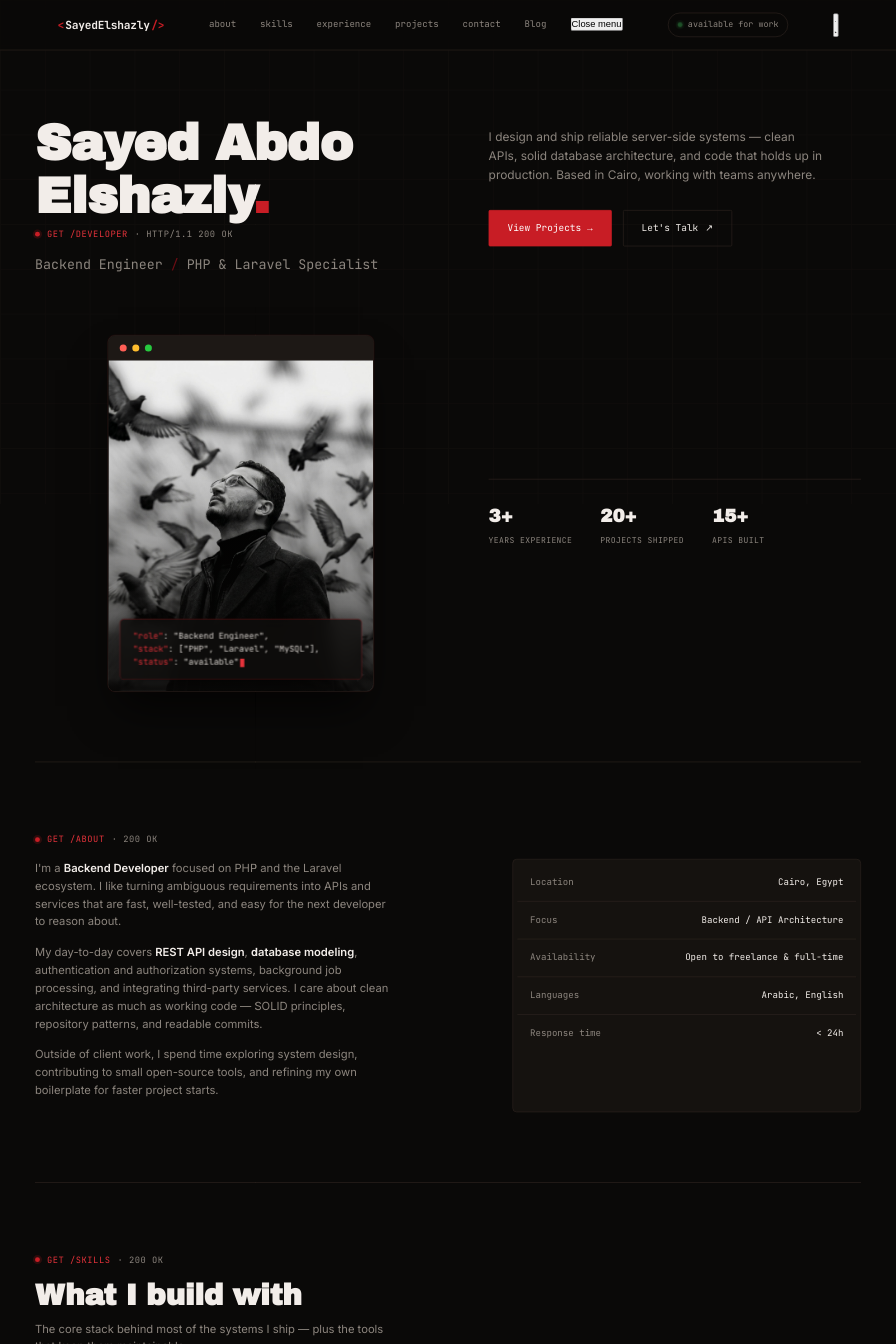
Repository: sayedelshazly/Portfolio.SE
Page: index.html
The author's editor kept a copy of each file at every save. The page is drawn from the files as they stood at one save, then again after a run of saves.
The browser window is 1280 px wide. The pictures show the part of the page from y = 0 to 1920 px (the page is 5736 px tall), at 70% of full size.

Above is the page before, as saved 2026-10-09 23:16:46.

After the next 2 saves:
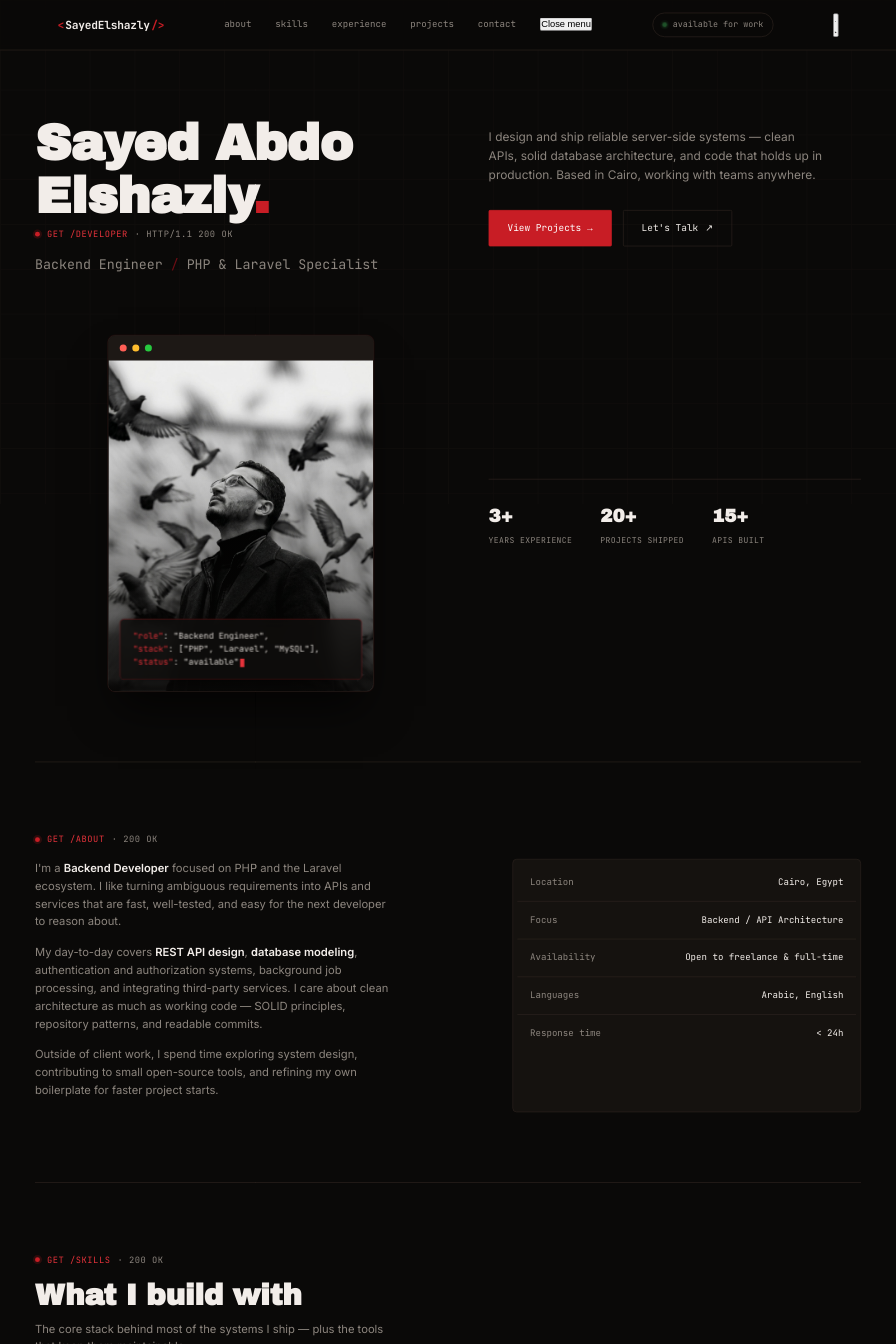
The 2 saves are shown as one change because they came seconds apart.
The last was saved 12 s later.
--- a/index.html
+++ b/index.html
@@ -55,7 +55,7 @@
         <li><a href="#experience">experience</a></li>
         <li><a href="#projects">projects</a></li>
         <li><a href="#contact">contact</a></li>
-        <li><a href="./blog.html">Blog</a></li>
+        <!-- <li><a href="./blog.html" target="_self">Blog</a></li> -->
         <li class="nav-close-item"><button class="nav-close" type="button">Close menu</button></li>
       </ul>
       <div class="status-pill"><span class="dot"></span><span class="label">available for work</span></div>
